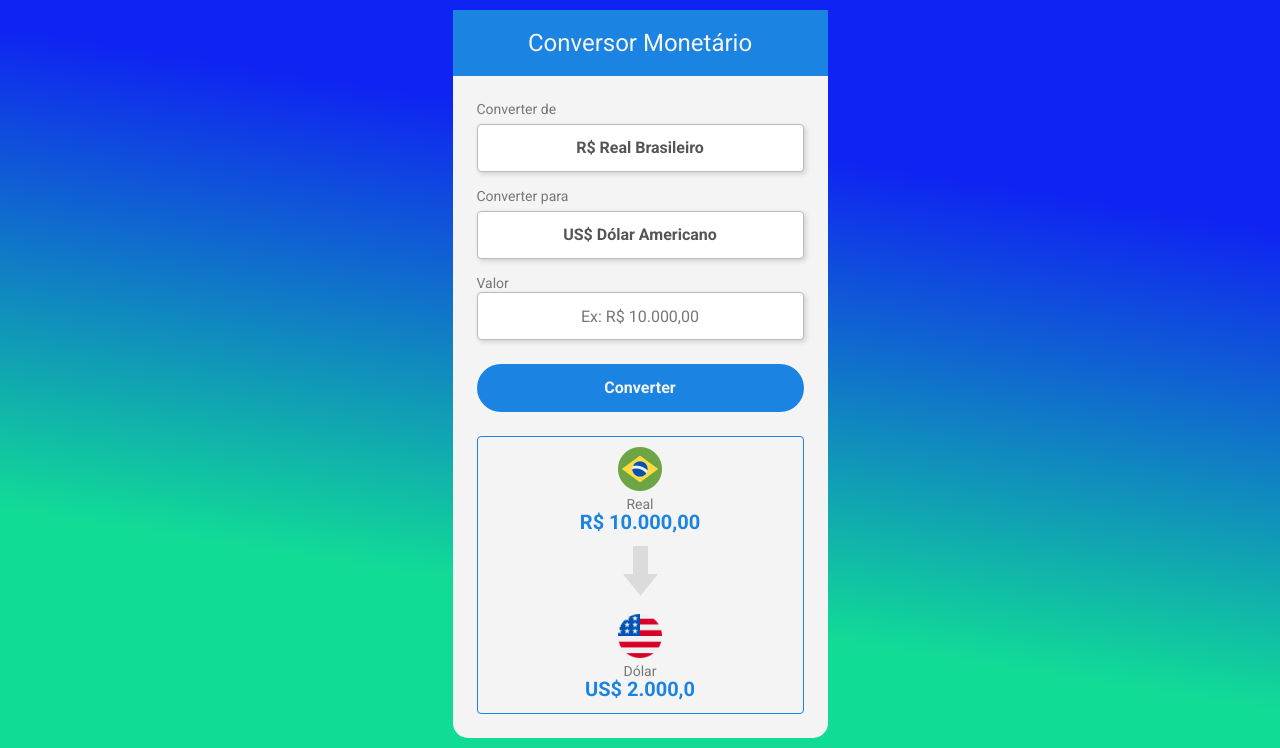
Repository: isayrous/coin-converter
Page: index.html
The author's editor kept a copy of each file at every save. The page is drawn from the files as they stood at one save, then again after the next save.
The browser window is 1280 px wide. The pictures show the whole page.

Above is the page before, as saved 2022-11-02 23:45:04.

After the next save:
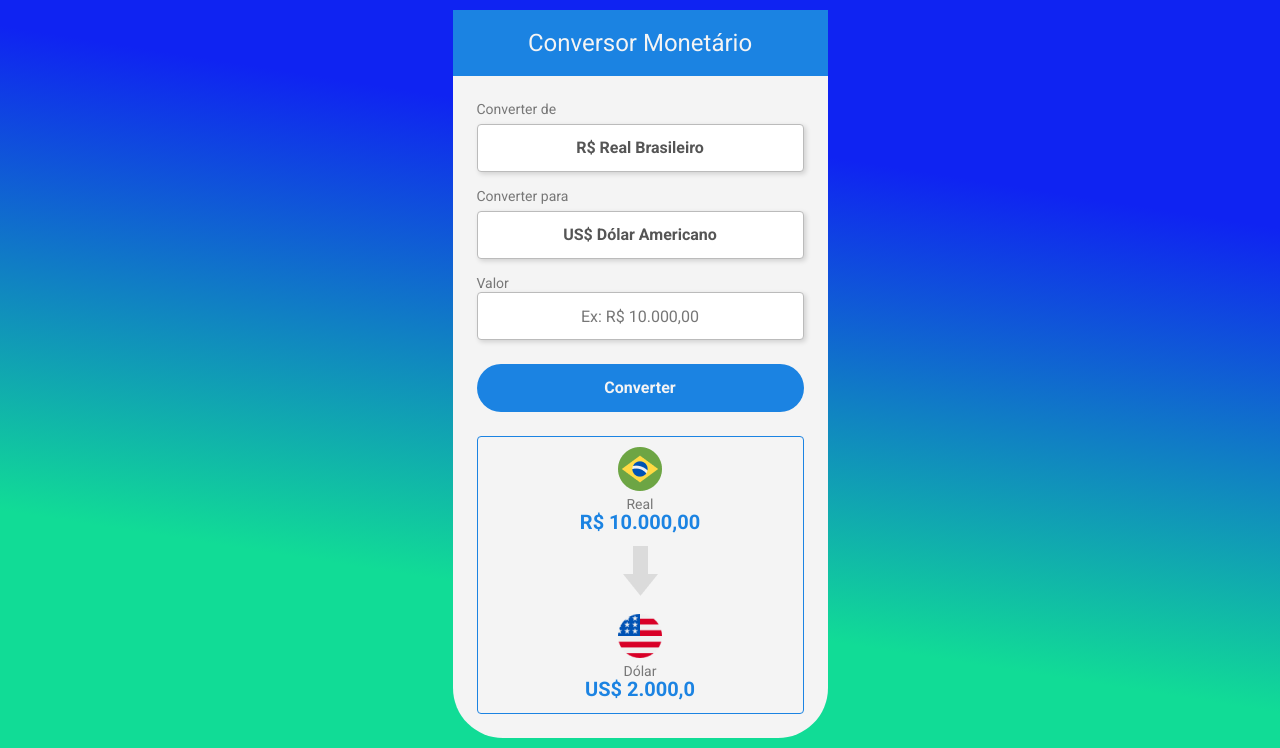
Saved 12 s later.
--- a/style.css
+++ b/style.css
@@ -21,7 +21,7 @@ body{
     height: 100%;
     width: 375px;
     background-color: #F4F4F4;
-    border-radius: 15px;
+    border-radius: 50px;
 }
 
 header {
